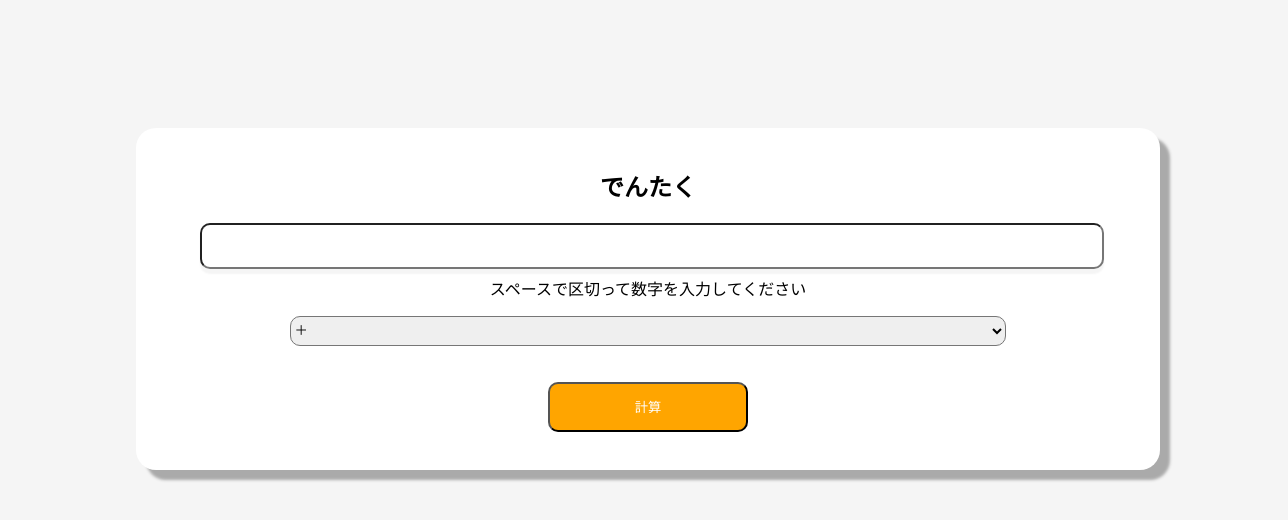
Repository: yuuukihara/test2
Page: http://localhost/dentaku2/
These files come from the project's save history. The page is drawn as it stood at one moment and after the next save; the edit follows.
The browser window is 1280 px wide. The page is 1288 px wide, so the pictures cover 1288 px, including what lies to the right of the window. The pictures show the whole page.
The page is served by Tomcat 9. Other server files are loaded and not shown.

Above is the page before, as saved 2018-09-10 06:00:36.

### dentaku2/WebContent/index.jsp
<%@ page language="java" contentType="text/html; charset=UTF-8"
    pageEncoding="UTF-8"%>


<!DOCTYPE html PUBLIC "-//W3C//DTD HTML 4.01 Transitional//EN" "http://www.w3.org/TR/html4/loose.dtd">
<html>
<head>
	<meta http-equiv="Content-Type" content="text/html; charset=UTF-8">
	<link rel="stylesheet" type="text/css" href="./css/Style.css">
	<title>けいさん</title>
</head>

<body>
<div class="header"></div>

<div class="continer">
	<h2 class="top" >でんたく</h2>
	<form action="Keisan" method="post">
		<input type="text" name="keisan" class="input"><br>
		<div class="rei"><span>スペースで区切って</span>数字を入力してください</div>
		<p><select name="way" class="pull">
			<option value="1">＋</option>
			<option value="2">－</option>
			<option value="3">×</option>
			<option value="4">÷</option>
			<option value="5">平均(入力した値の平均)</option>
			<option value="6">円の面積(半径を入力)</option>
			<option value="7">乱数取得</option>
			<option value="8">おつりの計算(1,商品の値段,2支払い金額)</option>
		</select></p>
		<input type="submit" value="計算" class ="sub">
	</form><br>
</div>

<div class="footer"></div>

</body>
</html>

### dentaku2/WebContent/css/Style.css
@CHARSET "UTF-8";

body{
	width:100%;
	height:100%;
	background-color:#f5f5f5;
}
.continer{
	background-color:white;
	text-align:center;
	margin:10% 10%;
	padding:20px 5%;
	border-radius:20px;
	box-shadow:10px 10px 3px #aaaaaa;

}
.top{
	font-family:"Zapfino";
	color:whit;
}
.input{
	height:40px;
	width:100%;
	box-shadow: 0px 5px 2px #f5f5f5;
	border-radius:10px;
}
.pull{
	height:30px;
	width: 80%;
	border-radius:10px;
}
.sub{
	height:50px;
	width:200px;
	margin-top:20px;
	background-color:orange;
	border-radius:10px;
	color:white;

}
.rei{
	margin-top:7px;
}
.result-box{
	background-color:oldlace;
	box-shadow: 0px 5px 2px #f5f5f5;
	border-radius:10px;
	border: medium solid silver;
	padding-bottom:15px;
}

.result-word{

	border-bottom:medium solid silver;
	padding-top:5px;
	padding-bottom:5px;
	margin-bottom:15px;
}

After the next save:
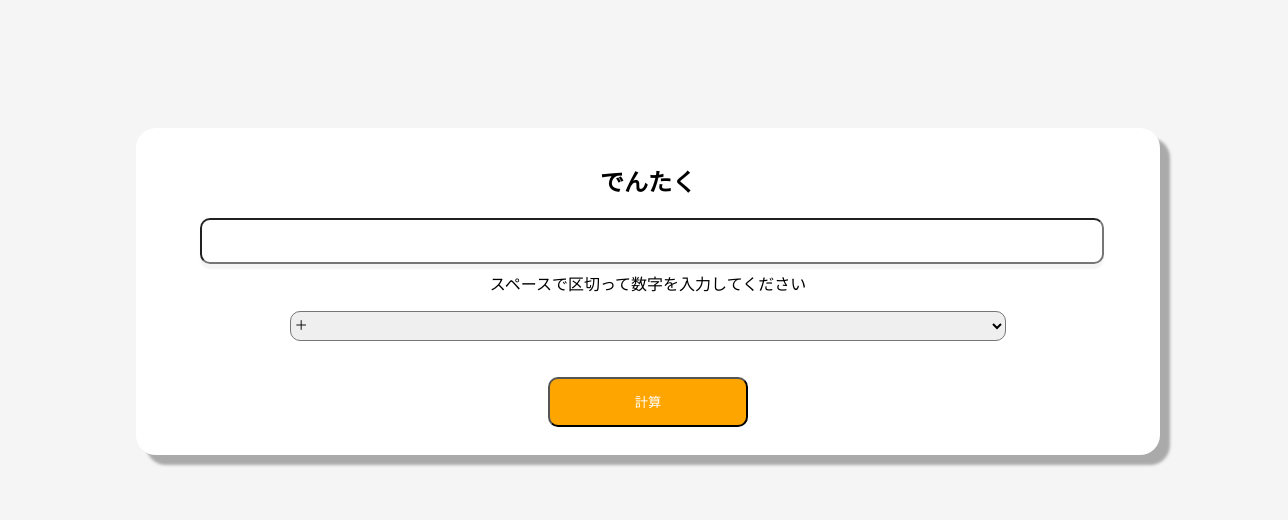
Saved 70 s later.
--- a/dentaku2/WebContent/css/Style.css
+++ b/dentaku2/WebContent/css/Style.css
@@ -9,7 +9,7 @@ body{
 	background-color:white;
 	text-align:center;
 	margin:10% 10%;
-	padding:20px 5%;
+	padding:15px 5% 10px 5%;
 	border-radius:20px;
 	box-shadow:10px 10px 3px #aaaaaa;
 
